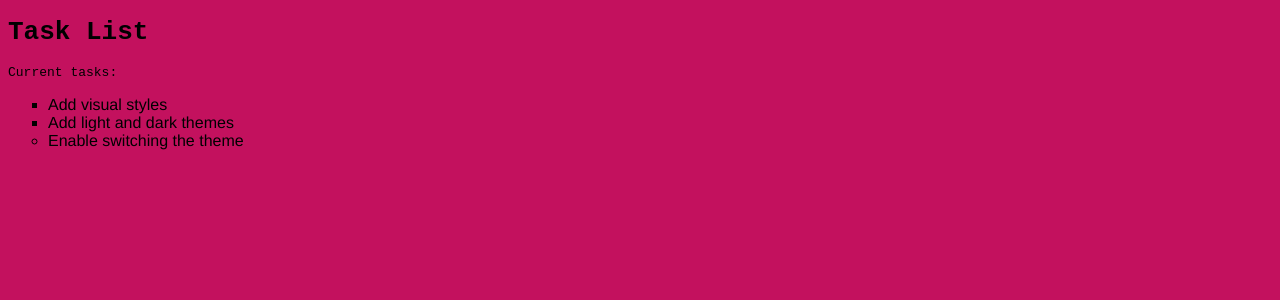
Repository: MaggieMengXingchen/Class-4
Page: index.html
The author's editor kept a copy of each file at every save. The page is drawn from the files as they stood at one save, then again after the next save.
The browser window is 1280 px wide. The pictures show the whole page.

Above is the page before, as saved 2024-02-14 13:25:31.

### index.html
<!DOCTYPE html>
<html lang="en">
<head>
    <meta charset="UTF-8">
    <meta name="viewport" content="width=device-width, initial-scale=1.0">
    <title>Document</title>
    <Link rel="stylesheet" href="main.css">
</head>
<body class="light-theme">
    <h1>Task List</h1>
    <p id="msg">Current tasks:</p>
    <ul>
    <li class="list">Add visual styles</li>
    <li class="list">Add light and dark themes</li>
    <li>Enable switching the theme</li>
</ul>
</body>
</html>

### main.css
body {
font-family: monospace;
} ul {
font-family: helvetica;
}
li {
list-style: circle;
}
.list {
list-style: square;
}
#msg {
font-family: monospace;
}
.light-theme {
color: #000000;
background: #c3115e;
}

After the next save:
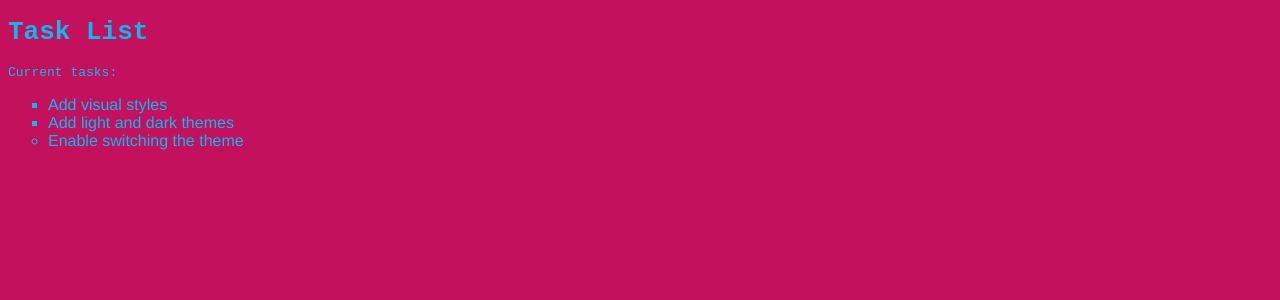
Saved 17 s later.
--- a/main.css
+++ b/main.css
@@ -13,6 +13,6 @@ list-style: square;
 font-family: monospace;
 }
 .light-theme {
-color: #000000;
+color: #0fb7ef;
 background: #c3115e;
 }
